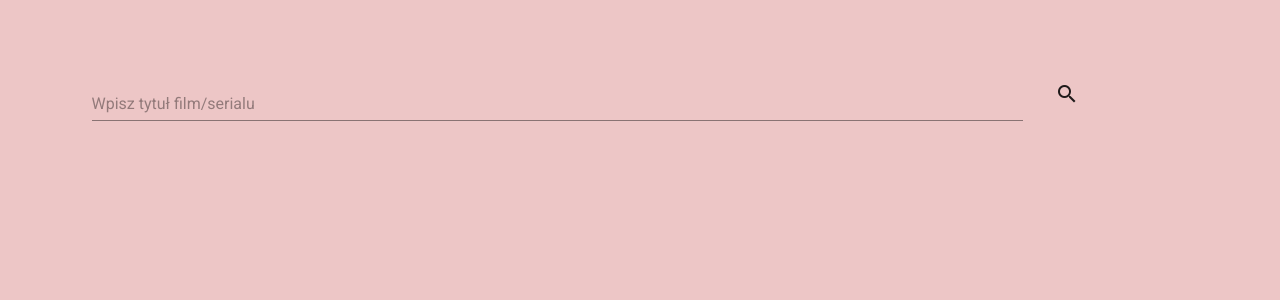
Repository: kq333/wyszukiwarka-filmow-seriali
Page: / (app in searchapp/)
The author's editor kept a copy of each file at every save. The page is drawn from the files as they stood at one save, then again after the next save.
The browser window is 1280 px wide. The pictures show the whole page.
The project was rebuilt for these pictures with package versions that can differ from the ones it lists, and the page was loaded fresh each time. Also part of the build but not shown: searchapp/vue.config.js, searchapp/src/views/Home.vue.

Above is the page before, as saved 2021-02-18 14:29:18.

After the next save:
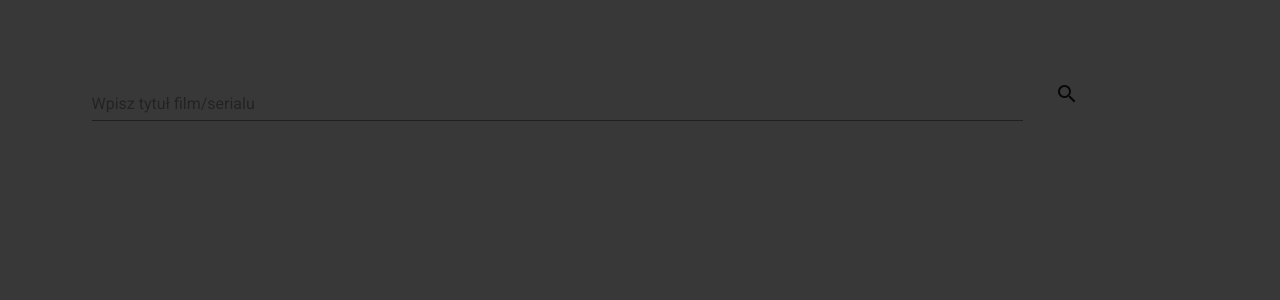
Saved 28 min 14 s later.
--- a/searchapp/src/App.vue
+++ b/searchapp/src/App.vue
@@ -27,7 +27,7 @@ export default {
 <style >
 
 #demo1{
-  background:rgba(201, 89, 89, 0.342);
+  background-color:rgba(7, 6, 6, 0.8);
 }
 
 </style>
